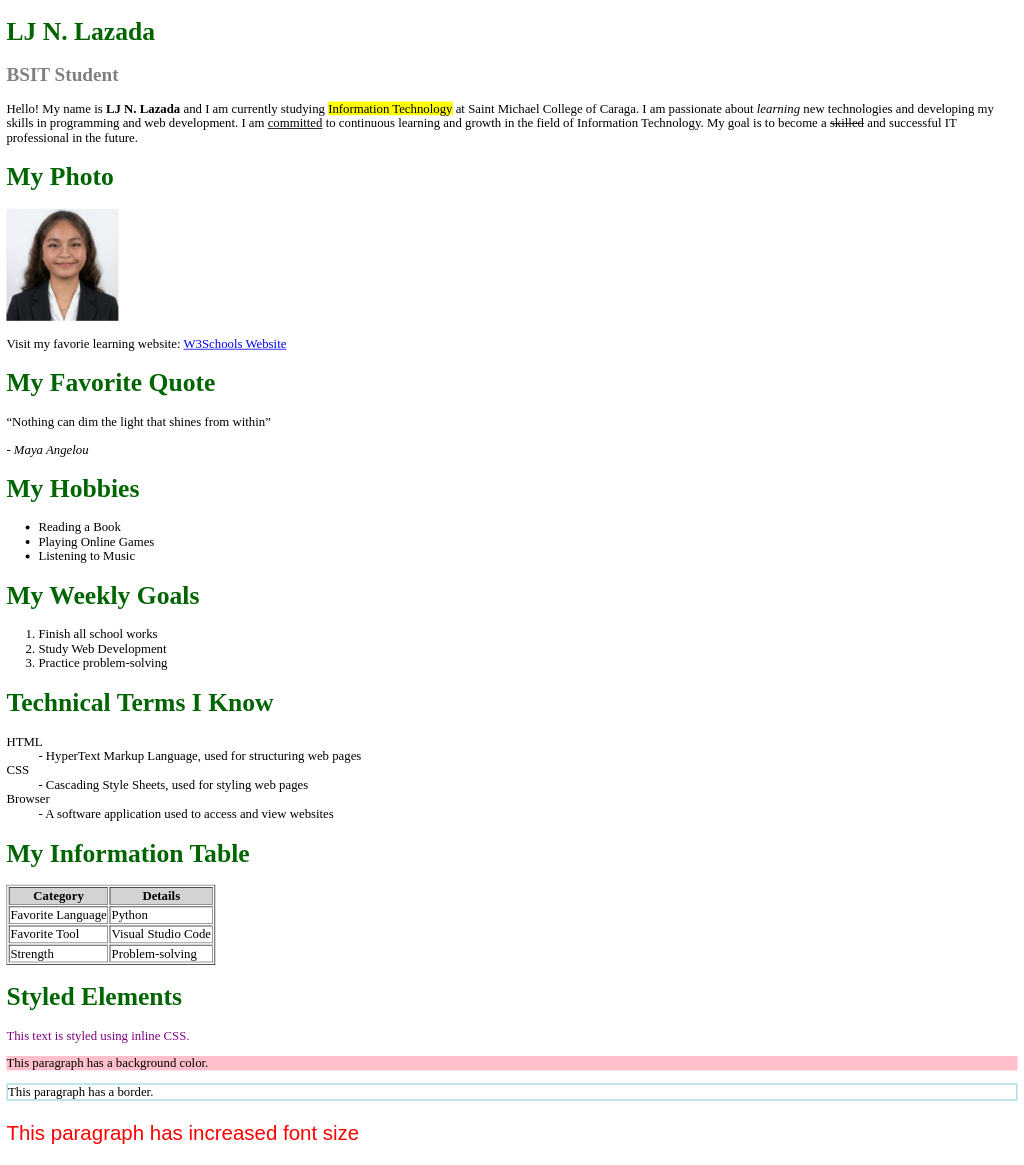
Repository: ljlazada11/myfirsthtml
Page: index.html
These files come from the project's save history. The page is drawn as it stood at one moment and after the next save; the edit follows.
The browser window is 1280 px wide. The pictures show the whole page, at 80% of full size.

Above is the page before, as saved 2026-06-24 21:11:04.

### index.html
<!DOCTYPE html>
<html lang="en">
<head>
    <meta charset="UTF-8">
    <meta name="viewport" content="width=device-width, initial-scale=1.0">
    <title>My Personal Web Profile</title>
    <link rel="icon" type="image/x-icon" href="images.png">

</head>
<body>
    <h1 style="color:darkgreen;">LJ N. Lazada</h1>
    <h2 style="color:gray;">BSIT Student</h2>
    <p>Hello! My name is <strong>LJ N. Lazada</strong> and I am currently studying <mark>Information Technology</mark> at Saint Michael College of Caraga. I am passionate about <i>learning</i> new technologies and developing my skills in programming and web development. I am <ins>committed</ins> to continuous learning and growth in the field of Information Technology. My goal is to become a <del>skilled</del> and successful IT professional in the future.</p>
</body>
    <h1 style="color:darkgreen;">My Photo</h1>
    <img src="pic.jpg" alt="My	Profile	Picture" width="140" height="140">
    <p> Visit my favorie learning website: <a href="https://www.w3schools.com/html/default.asp" target="_blank">W3Schools	Website</a></p>

<body>
    <h1 style="color:darkgreen;">My Favorite Quote</h1>
    <p><q>Nothing can dim the light that shines from within</q></p>
    <p><cite>- Maya Angelou</cite></p>
</body>
    <h1 style="color:darkgreen">My Hobbies</h1>
    <ul>
        <li>Reading a Book</li>
        <li>Playing Online Games</li>
        <li>Listening to Music</li>
    </ul>
</body>
    <h1 style="color:darkgreen">My Weekly Goals</h1>
    <ol>
        <li>Finish all school works</li>
        <li>Study Web Development</li>
        <li>Practice problem-solving</li>
    </ol>
<body>
    <h1 style="color:darkgreen">Technical Terms I Know</h1>
    <dl>
        <dt>HTML</dt>
        <dd>- HyperText Markup Language, used for structuring web pages</dd>
        <dt>CSS</dt>
        <dd>- Cascading Style Sheets, used for styling web pages</dd>
        <dt>Browser</dt>
        <dd>- A software application used to access and view websites</dd>
    </dl>
</body>
    <h1 style="color:darkgreen">My Information Table</h1>
<table border="1">
    <tr>
        <th style="background-color:lightgray;">Category</th>
        <th style="background-color:lightgray;">Details</th>
    </tr>
    <tr>
        <td>Favorite Language</td>
        <td>Python</td>
    </tr>
    <tr>
        <td>Favorite Tool</td>
        <td>Visual Studio Code</td>
    </tr>
    <tr>
        <td>Strength</td>
        <td>Problem-solving</td>
    </tr>
</table>
<body>
    <h1 style="color:darkgreen">Styled Elements</h1>
    <p style="color:purple;">This text is styled using inline CSS.</p>
    <p style="background-color:pink;">This paragraph has a background color.</p>
    <p style="border: 2px solid powderblue;">This paragraph has a border.</p>
    <p style="color: red; font-family: Arial, sans-serif; font-size: 160%;">This paragraph has increased font size</p>
</body>


</html>

After the next save:
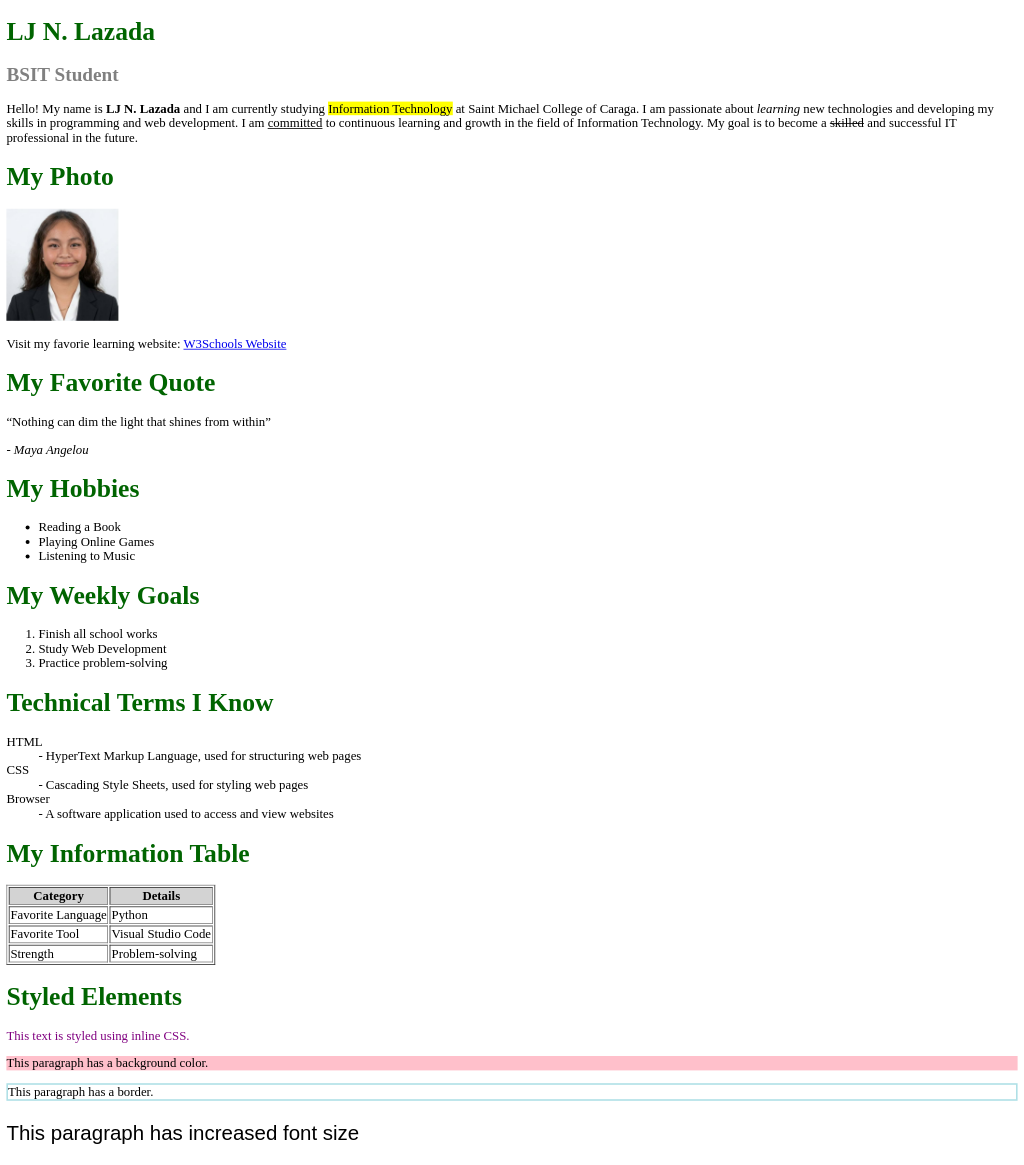
Saved 27 s later.
--- a/index.html
+++ b/index.html
@@ -69,7 +69,7 @@
     <p style="color:purple;">This text is styled using inline CSS.</p>
     <p style="background-color:pink;">This paragraph has a background color.</p>
     <p style="border: 2px solid powderblue;">This paragraph has a border.</p>
-    <p style="color: red; font-family: Arial, sans-serif; font-size: 160%;">This paragraph has increased font size</p>
+    <p style="color: black; font-family: Arial, sans-serif; font-size: 160%;">This paragraph has increased font size</p>
 </body>
 
 
